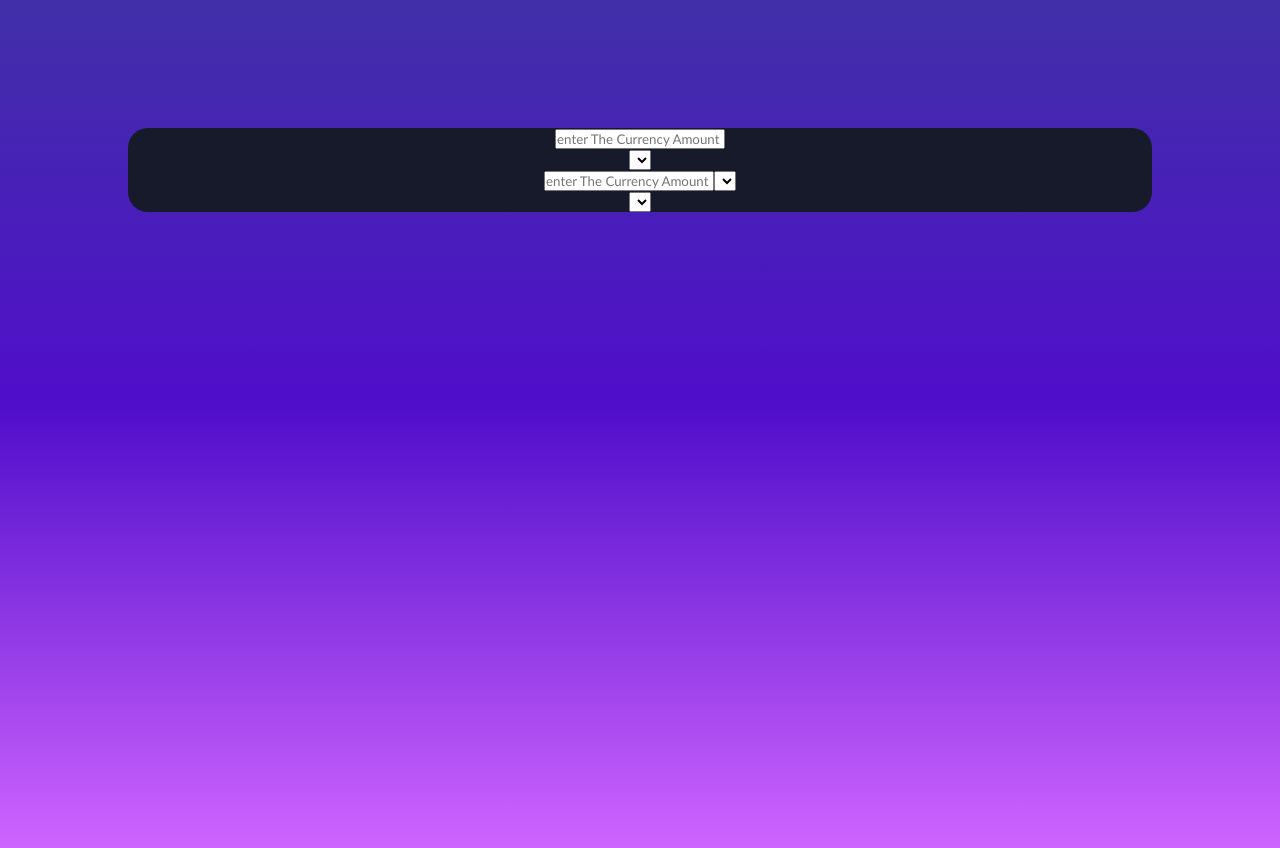
Repository: KamalEssam/currency-converter-react-app
Page: /
The author's editor kept a copy of each file at every save. The page is drawn from the files as they stood at one save, then again after a run of saves.
The browser window is 1280 px wide. The pictures show the whole page.
The page's requests for data from a server got no answer. The project was rebuilt for these pictures with package versions that can differ from the ones it lists, and the page was loaded fresh each time. No one was signed in, and anything a server would have sent is missing.

Above is the page before, as saved 2021-12-21 16:31:19.

After the next 2 saves:
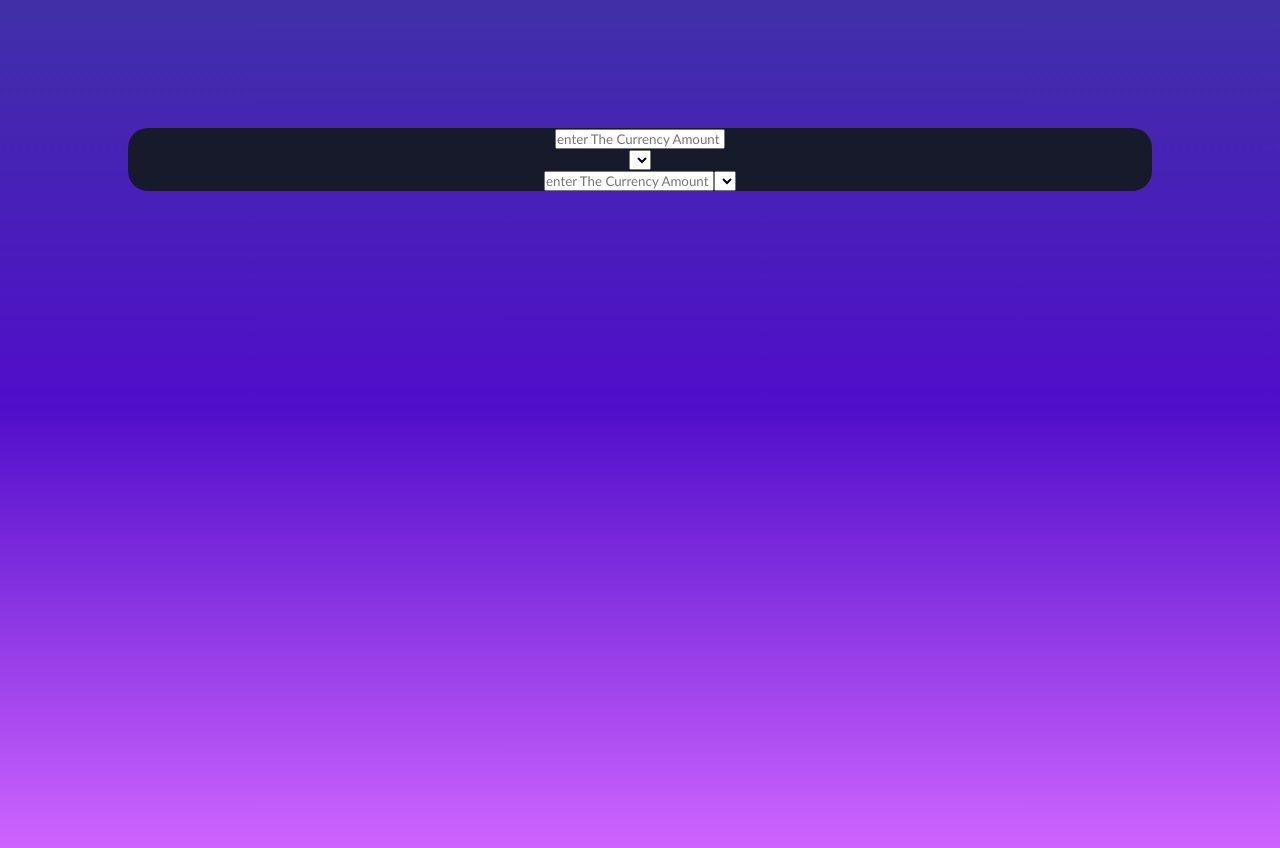
The 2 saves are shown as one change because they came seconds apart.
The last was saved 14 s later.
--- a/src/Components/CurrencyList.js
+++ b/src/Components/CurrencyList.js
@@ -43,16 +43,7 @@ export default function Currency() {
                         {/* <option key={Math.floor(Math.random()*1000000)} value={currency}> currency </option> */}
                     </select>
                 </div>
-                <div className='selection'>
-                    <select className='select-sec-currency' >
-                        {currenciesList.slice(1).map(currency => {
-                            return (
-                                <option key={currency} value={currency}> {currency} </option>
-                            );
-                        })}
-                        {/* <option key={Math.floor(Math.random()*1000000)} value={currency}> currency </option> */}
-                    </select>
-                </div>
+
             </form>
         </div>
     )
